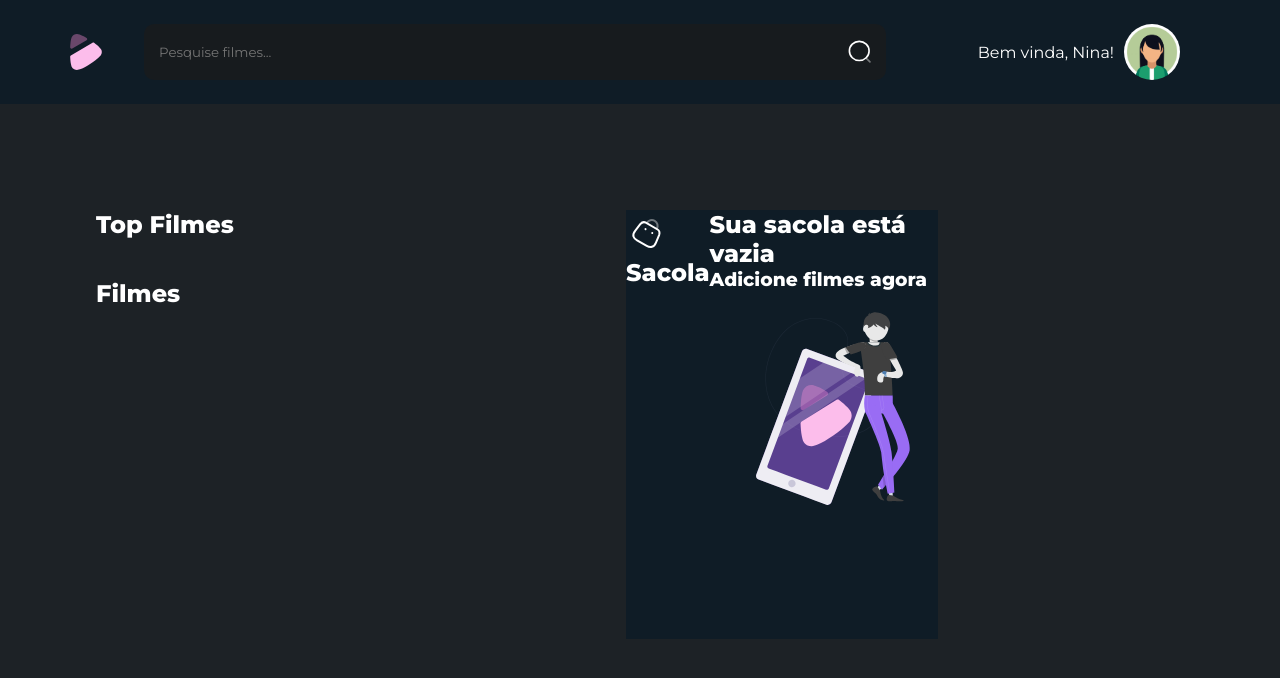
Repository: MilenaMelo/Cubos-Flix
Page: / (app in cubos-flix/)
The author's editor kept a copy of each file at every save. The page is drawn from the files as they stood at one save, then again after the next save.
The browser window is 1280 px wide. The pictures show the whole page.
The project was rebuilt for these pictures with package versions that can differ from the ones it lists, and the page was loaded fresh each time.

Above is the page before, as saved 2021-06-19 15:11:07.

### cubos-flix/public/index.html
<!DOCTYPE html>
<html lang="en">
  <head>
    <meta charset="utf-8" />
    <link rel="icon" href="%PUBLIC_URL%/favicon.ico" />
    <meta name="viewport" content="width=device-width, initial-scale=1" />
    <meta name="theme-color" content="#000000" />
    <meta
      name="description"
      content="Web site created using create-react-app"
    />
    <link rel="apple-touch-icon" href="%PUBLIC_URL%/logo192.png" />
    <link rel="manifest" href="%PUBLIC_URL%/manifest.json" />
    <title>Cubos Flix</title>
  </head>
  <body>
    <noscript>You need to enable JavaScript to run this app.</noscript>
    <div id="root"></div>

  </body>
</html>

### cubos-flix/src/App.js
import './App.css';
import Navbar from './components/Navbar';
import Bag from './components/Bag';


function App() {
  return (
    <div className="app">
      <header className="header">
        <Navbar/>
      </header>
      <section className="content">
        <div className="top-movies">
          <h1>Top Filmes</h1>

        </div>
        <div className="all-movies">
          <h1>Filmes</h1>

        </div>

      </section>
      <section className="side-content">
        <Bag/>
      </section>
    </div>
  );
}

export default App;

### cubos-flix/src/App.css
@import url('https://fonts.googleapis.com/css2?family=Montserrat:wght@400;600;800&display=swap');

/* ----------- SCREEN ----------- */
* {
    margin: 0px;
    font-family: 'Montserrat', sans-serif;
    color: #FFFFFF;
}

/* ----------- APPLICATION ----------- */

.app {
    height: 100vh;
    display: grid;
    grid-template-areas: 'header header'
                         'content side-content';
    grid-gap: 24px 50px;
    background-color: #1D2226;
}

.header {
    grid-area: header;
}

.content {
    grid-area: content;
}

.side-content {
    grid-area: side-content;
}

/* ----------- MAIN CONTENT ----------- */

.content {
    padding-left: 96px;
}

.top-movies, .all-movies {
    margin-bottom: 40px;
}

### cubos-flix/src/components/Navbar/index.js
import './style.css'
import logo from '../../assets/images/logo.svg'
import search_icon from '../../assets/images/search-icon.svg'
import profile_img from '../../assets/images/profile.jpg'


function Navbar() {
    return (
        <header className='navbar'>
            <img className='logo' src={logo} alt="logo"/>
            <div className='search-container'>
                <input className='search-input' type="text" name="Pesquisa" placeholder="Pesquise filmes..."/>
                <img className='search-img' src={search_icon} alt="Input de pesquisa"/>
            </div>
            <div className='profile-container'>
                <span>Bem vinda, Nina!</span>
                <img className='profile-img' src={profile_img} alt="Foto de perfil"/>
            </div>
        </header>
    );
}

export default Navbar;

### cubos-flix/src/components/Bag/index.js
import './style.css'
import bag_logo from '../../assets/images/person-illustration.svg'
import bag_icon from '../../assets/images/bag-icon.svg'


function Bag() {
    return (
        <div className='bag-container'>
          <header className='bag-header'>
            <img src={bag_icon} alt="Ícone de sacola" />
            <h1>Sacola</h1>
          </header>
          <div className='bag-content'>
            <h1>Sua sacola está vazia</h1>
            <h3>Adicione filmes agora</h3>
            <img src={bag_logo} alt="Ilustração" />
          </div>
        </div>
    );
}

export default Bag;

### cubos-flix/src/components/Navbar/style.css
/* ----------- NAVBAR ----------- */

.navbar {
    display: flex;
    padding: 24px 100px 24px 70px;
    background: #0F1C26;
}

/* ----------- LOGO ----------- */

.logo {
    margin-right: 42px;
}

/* ----------- SEARCH ----------- */

.search-container {
    display: flex;
    flex-grow: 1;
    position: relative;
    margin-right: 92px;
}

.search-input {
    width: 100%;
    outline: 0;
    padding: 16px 14px;
    border-radius: 10px;
    border: 1px solid transparent;
    background: #171B1E;
}

.search-input:hover {
    border: 1px solid #8C8C8C;
}

.search-input:focus {
    border: 1px solid #FDFDFD;
}

.search-img {
    height: 24px;
    cursor: pointer;
    align-self: center;
    position: absolute;
    right: 15px;
}

/* ----------- PROFILE ----------- */

.profile-container {
    display: flex;
    align-items: center;
    gap: 10px;
}

.profile-img {
    height: 56px;
    border-radius: 50%;
}

### cubos-flix/src/components/Bag/style.css
/* ----------- BAG ----------- */

.bag-container {
    width: 312px;
    height: 429px;
    display: flex;
    background: #0F1C26;
}

Loaded but not shown: cubos-flix/src/index.js (common file)

After the next save:
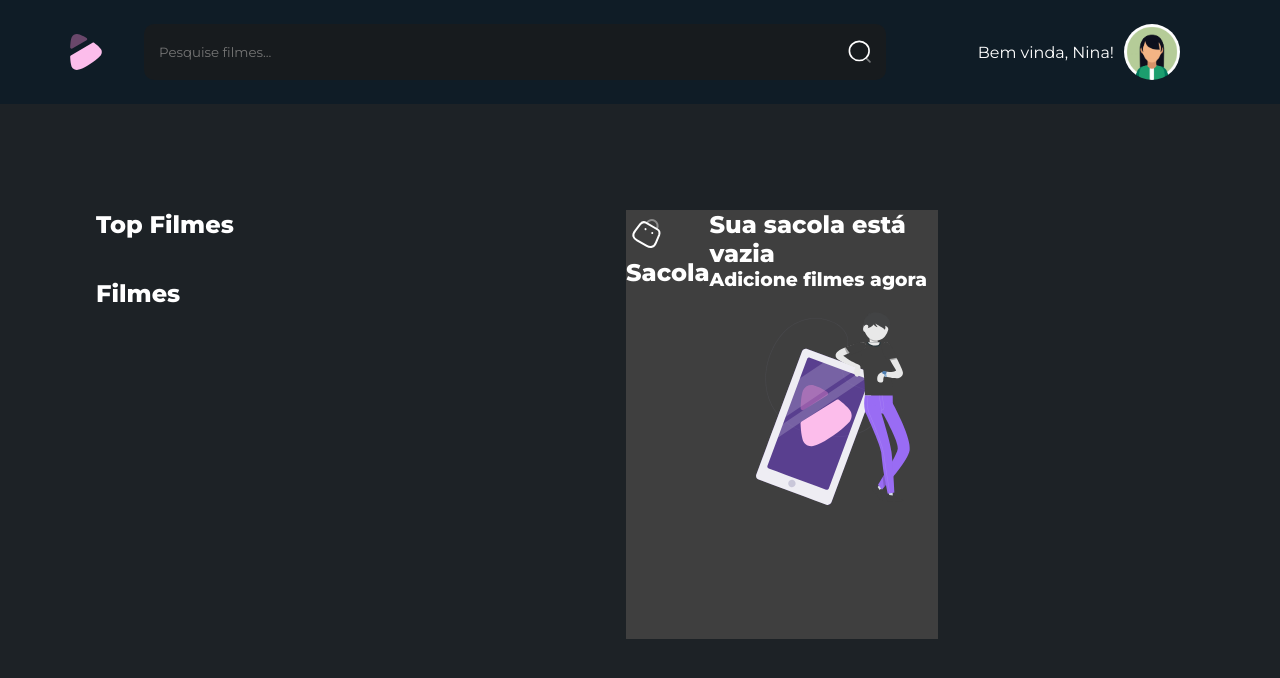
Saved 85 s later.
--- a/cubos-flix/src/components/Bag/style.css
+++ b/cubos-flix/src/components/Bag/style.css
@@ -4,5 +4,5 @@
     width: 312px;
     height: 429px;
     display: flex;
-    background: #0F1C26;
+    background: #3F3F3F;
 }
